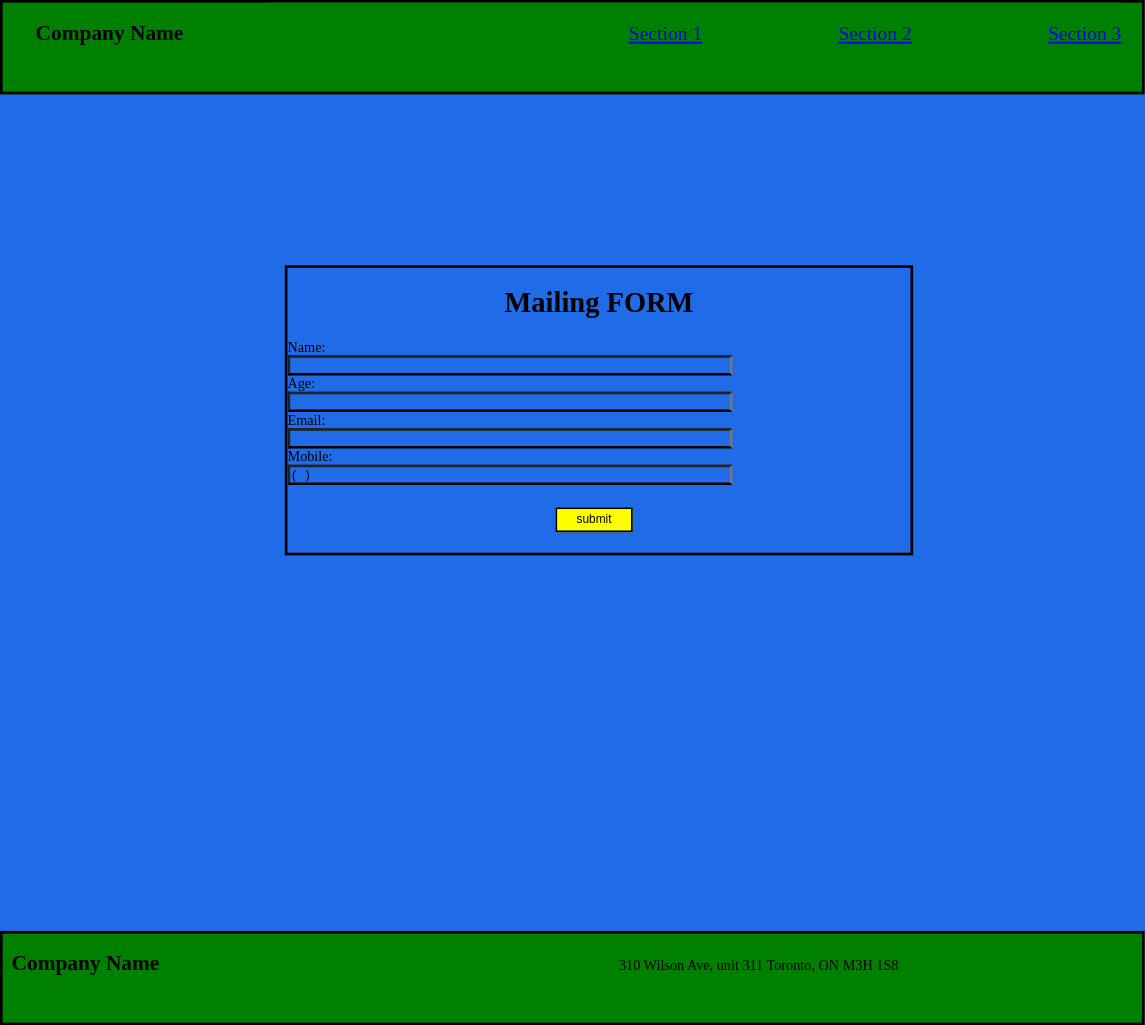
Repository: helloneibor/Project2
Page: section3.html
The author's editor kept a record of every edit. The page is drawn from the files as they stood at one moment, then again after the next edit.
The browser window is 1280 px wide. The page is 1286 px wide, so the pictures cover 1286 px, including what lies to the right of the window. The pictures show the whole page, at 89% of full size.

Above is the page before.

After the next edit:
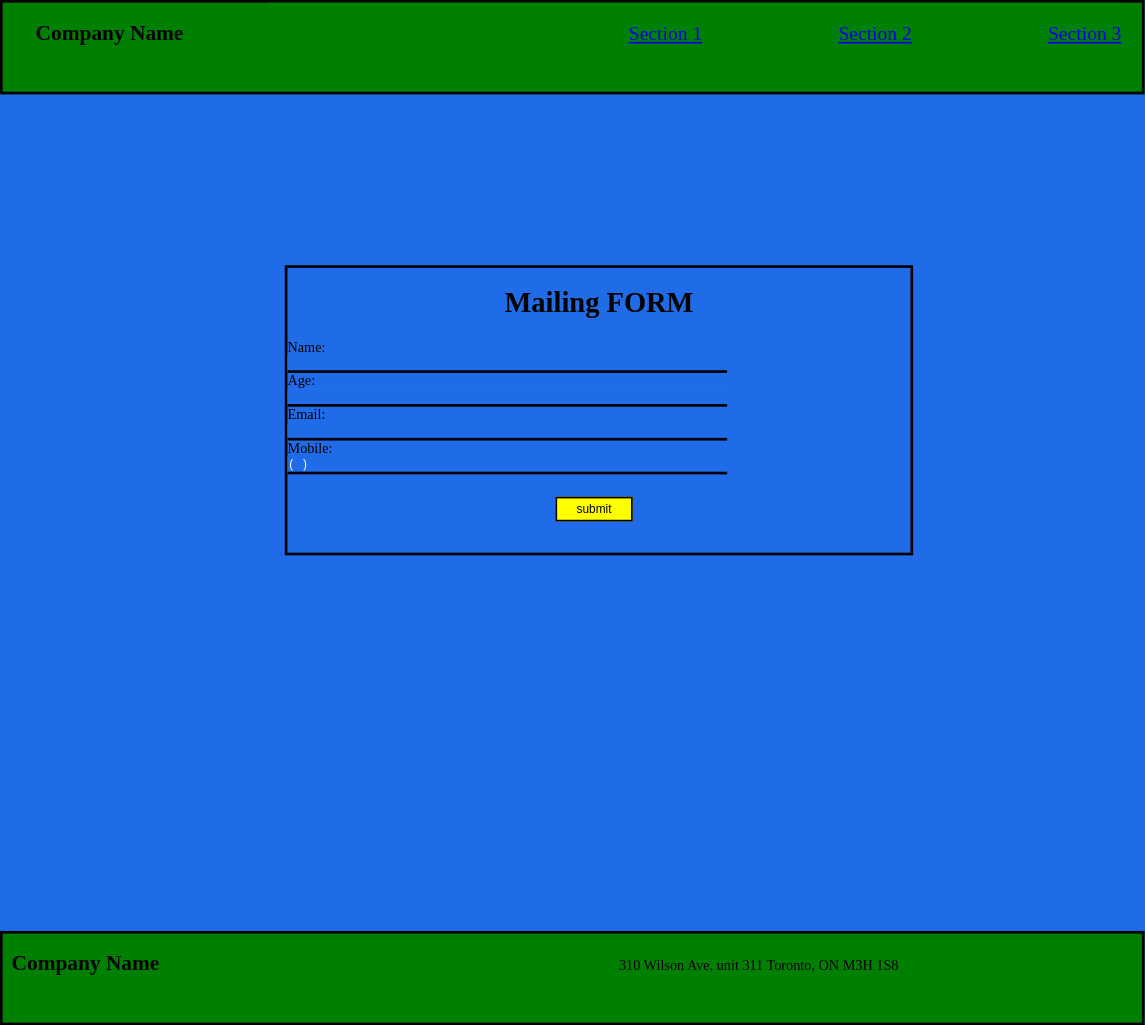
The edit:
--- a/css/main.css
+++ b/css/main.css
@@ -111,6 +111,11 @@
     background-color: #206ce8;
     border-bottom: solid;
     border-width: 3px;
+    border-top: none;
+    border-left: none;
+    border-right: none;
+    color: white;
+    border-bottom-color: black;
 }
 
 form h1 {
